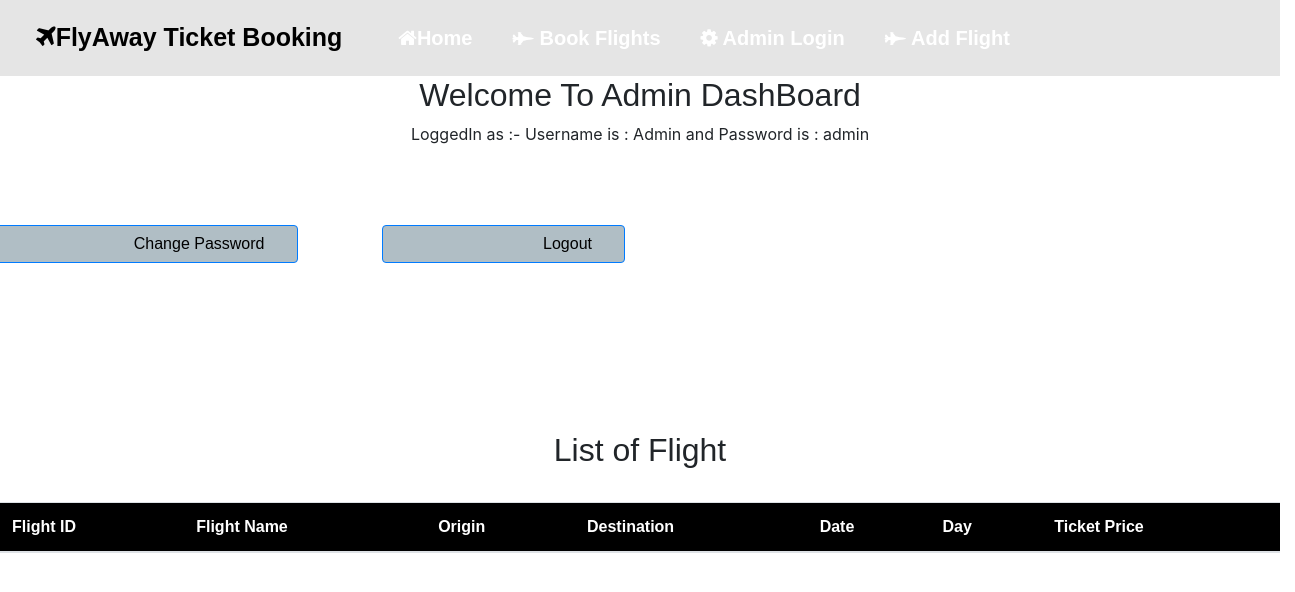
Repository: sayrabano/Phase2-project
Page: http://localhost/FlyAway/adminDashboard.jsp
These files come from the project's save history. The page is drawn as it stood at one moment and after the next save; the edit follows.
The browser window is 1280 px wide. The page is 1295 px wide, so the pictures cover 1295 px, including what lies to the right of the window. The pictures show the whole page.
Some web fonts or font styles are not loaded; a fallback is used. The page is served by Tomcat 9. Other server files are loaded and not shown. Queries for data that is not in the repository find no rows.

Above is the page before, as saved 2021-09-24 20:25:16.

### FlyAway/src/main/webapp/adminDashboard.jsp
<%@ page language="java" contentType="text/html; charset=ISO-8859-1"
	pageEncoding="ISO-8859-1"%>
<%@page import="java.sql.*"%>
<%@page import=" com.flyaway.LogIn"%>

<%
String driverName = "com.mysql.cj.jdbc.Driver";
String Url = "jdbc:mysql://localhost:3306/flyaway";

String userId = "root";
String password = "say123";

try {
	Class.forName(driverName);
} catch (ClassNotFoundException e) {
	e.printStackTrace();
}
Connection connection = null;
Statement statement = null;
ResultSet resultSet = null;
%>

<!DOCTYPE html>
<html>
<head>
<meta charset="ISO-8859-1">
<title>FlyAway</title>
<link rel="stylesheet"
	href="https://cdnjs.cloudflare.com/ajax/libs/font-awesome/4.7.0/css/font-awesome.min.css">
<!-- Required meta tags -->
<meta charset="utf-8">
<meta name="viewport"
	content="width=device-width, initial-scale=1, shrink-to-fit=no">

<!-- Bootstrap CSS -->
<link rel="stylesheet"
	href="https://maxcdn.bootstrapcdn.com/bootstrap/4.0.0/css/bootstrap.min.css"
	integrity="sha384-Gn5384xqQ1aoWXA+058RXPxPg6fy4IWvTNh0E263XmFcJlSAwiGgFAW/dAiS6JXm"
	crossorigin="anonymous">
<link rel="stylesheet"
	href="https://cdnjs.cloudflare.com/ajax/libs/font-awesome/4.7.0/css/font-awesome.min.css">
<link
	href="https://fonts.googleapis.com/css2?family=Baloo+Bhai+2:wght@500&display=swap"
	rel="stylesheet">
<link
	href="https://fonts.googleapis.com/css2?family=Ubuntu:ital,wght@1,700&display=swap"
	rel="stylesheet">
<link rel="stylesheet" href="CSS/style7.css" />
<style>
</style>
</head>

<body>

	<nav class="navbar navbar-expand-lg navbar-light bg-custom" id="navbar">





		<a class="navbar-brand" id="tag"><i class="fa fa-plane"
			aria-hidden="true"></i>FlyAway Ticket Booking</a>


		<div class="collapse navbar-collapse" id="navbarSupportedContent">
			<ul class="navbar-nav mr-auto">
				<li class="nav-item"><a class="nav-link" href="Home.jsp"> <i
						class="fa fa-home" aria-hidden="true"></i>Home
				</a></li>

				<li class="nav-item"><a class="nav-link"
					href="option-flightsearch.jsp"><i class="fa fa-fighter-jet"></i>
						Book Flights </a></li>
				<li class="nav-item"><a href="Login.jsp" class="nav-link"><i
						class="fa fa-gear"></i> Admin Login</a></li>
						<li class="nav-item"><a href="#" class="nav-link">
						<i class="fa fa-fighter-jet"></i> Add Flight</a></li>




			</ul>



		</div>

	</nav>


	<div>
		<h2>Welcome To Admin DashBoard</h2>
		<p style="text-align:center;"> LoggedIn as :- Username is : <%=LogIn.username %> and
		Password is : <%=LogIn.password %>
</p>

	<br><br>

	</div>
	<div class="row" align="center">
	<div class="col-lg-3 col-md-4 col-sm-4 mb-4">
           <form action="Changepassword.jsp" method="post">
           <button type="submit" class="btn btn-primary btn">Change Password</button>
		</form>
        </div>
        <div class="col-lg-3 col-md-4col-sm-6 mb-4">
            <form action="LogOut" method="get">
           <button type="submit" class="btn btn-primary btn">Logout</button>
		</form>
        </div>

        </div>
        </div>
         <br><br><br><br><br><br>
               <center><h2>List of Flight</h2></center><br>

				<table class="table table-bodered table striped" align="center">
					<thead class="thead">
						<tr>
							<th scope="col">Flight ID</th>
							<th scope="col">Flight Name</th>
							<th scope="col">Origin</th>
							<th scope="col">Destination</th>
							<th scope="col">Date</th>
							<th scope="col">Day</th>
							<th scope="col">Ticket Price</th>
						</tr>
					</thead>
					<tbody class="tbody">


						<%
						try {
							connection = DriverManager.getConnection(Url, userId, password);
							statement = connection.createStatement();
							String sql = "SELECT * FROM flight_list";
							resultSet = statement.executeQuery(sql);
							while (resultSet.next()) {
						%>
						<tr>
							<td><%=resultSet.getString("Id")%></td>
							<td><%=resultSet.getString("Flight")%></td>
							<td><%=resultSet.getString("Origin")%></td>
							<td><%=resultSet.getString("Destination")%></td>
							<td><%=resultSet.getString("Day")%></td>
							<td><%=resultSet.getString("Date")%></td>
							<td><%=resultSet.getString("Ticket_Price")%></td>
						</tr>
						<%
						}
						} catch (Exception e) {
						e.printStackTrace();
						}

						%>
					</tbody>
				</table>

</body>
</html>

### FlyAway/src/main/webapp/CSS/style7.css
@charset "ISO-8859-1";
@charset "ISO-8859-1";

#navbar{
background-color:rgba(0,0,0,.1) ;
font-family:'Ubuntu', sans-serif;

}


#navbar ul li a{
	color:white;

	font-size:20px;
	font-weight:bold;
	padding:15px 20px;

}
#navbar ul li a:hover{
	color:black;
	background-color:white;
	border-radius:18px;


}


#tag{
	font-size:25px;
 color:black;
 font-weight:bold;


	float:right;
	padding: 10px 20px;

}
#gear{
	margin:2px;
	padding:10px;



}
#gear a:hover{



	background-color:white;


}
h2{
	text-align:center;
	font-family:'Ubuntu', sans-serif;
}
.btn{
	color:black;
	padding-left:10rem;
	padding-right:2rem;
	margin-top: 15px;

   background-color:#b0bec5;
	font-family:'Ubuntu', sans-serif;
	float:right;
    display:flex;


}
.thead{
	background-color:#000000;
	font-family:'Ubuntu', sans-serif;
	color:white;
}
.tbody{
	background-color:#b0bec5;
	font-family:'Ubuntu', sans-serif;
}

After the next save:
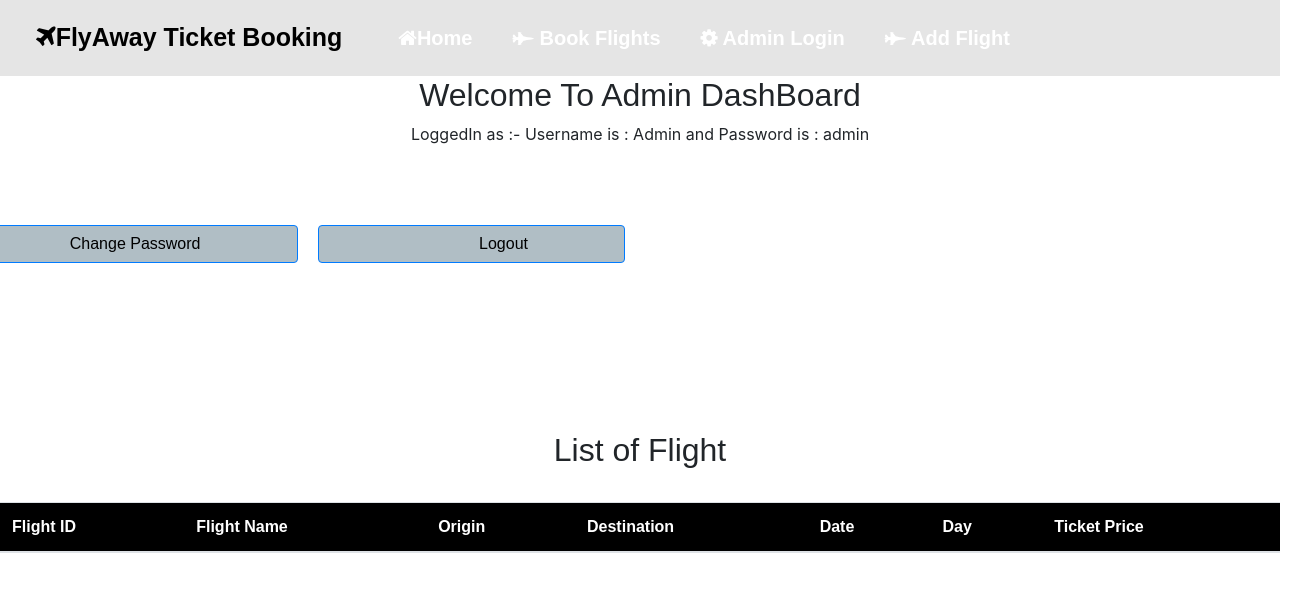
Saved 11 s later.
--- a/FlyAway/src/main/webapp/CSS/style7.css
+++ b/FlyAway/src/main/webapp/CSS/style7.css
@@ -57,7 +57,7 @@ h2{
 .btn{
 	color:black;
 	padding-left:10rem;
-	padding-right:2rem;
+	padding-right:6rem;
 	margin-top: 15px;
 
    background-color:#b0bec5;
